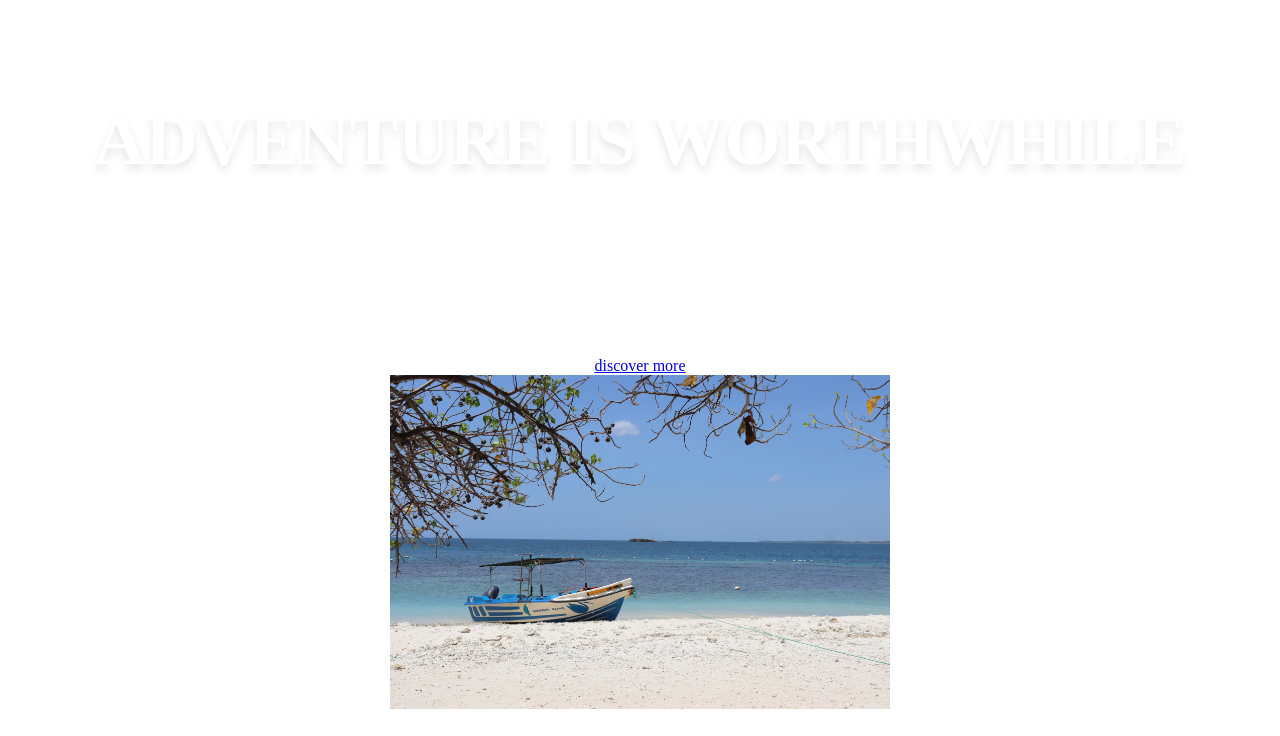
Repository: KasunInd27/Ceylon-Journey
Page: Home/home.html
An editor plug-in stored every save of this project. The page is shown before and after the next save, followed by the edit.
The browser window is 1280 px wide. The pictures show the whole page.

Above is the page before, as saved 2024-10-05 13:08:36.
Console error: SyntaxError: Unexpected token '<'

After the next save:
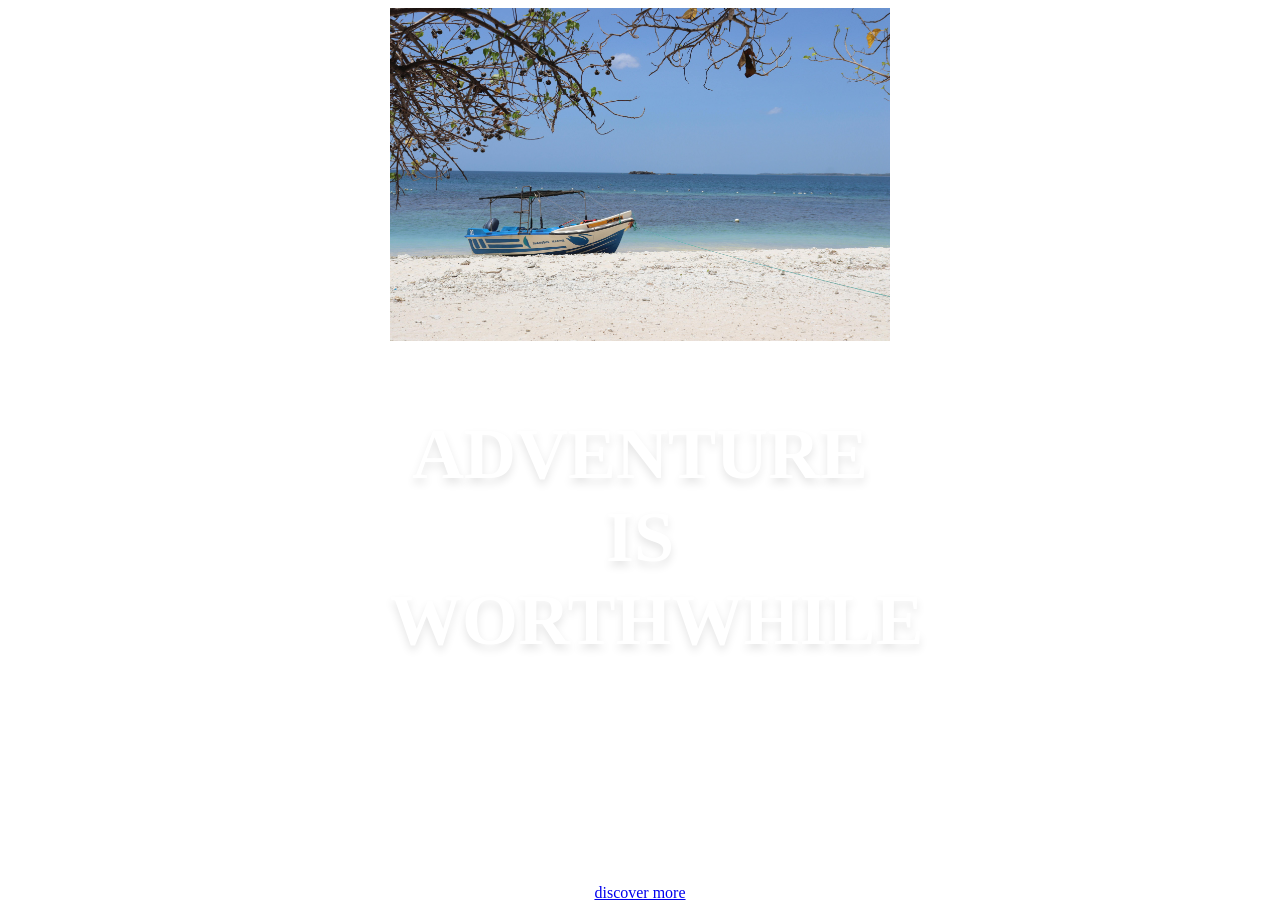
Saved 48 s later.
--- a/Home/home.html
+++ b/Home/home.html
@@ -16,11 +16,7 @@
 </head>
 <body>
     <section class="home" id="home">
-        <div class="content">
-            <h3>adventure is worthwhile</h3>
-            <p>discover new places with us,adventure awaits</p>
-            <a href="#" class="btn">discover more</a>
-        </div>
+
 
         <div class="slide" style="max-width:500px">
             <img class="homeSlides" src="../image/train.jpg" style="width:100%">
@@ -28,6 +24,12 @@
             <img class="homeSlides" src="../image/boat.jpg" style="width:100%">
             <img class="homeSlides" src="../image/fish.jpg" style="width:100%">
             <img class="homeSlides" src="../image/arc.jpg" style="width:100%">
+
+            <div class="content">
+            <h3>adventure is worthwhile</h3>
+            <p>discover new places with us,adventure awaits</p>
+            <a href="#" class="btn">discover more</a>
+        </div>
         </div>
     </section>
 

After the save that followed:
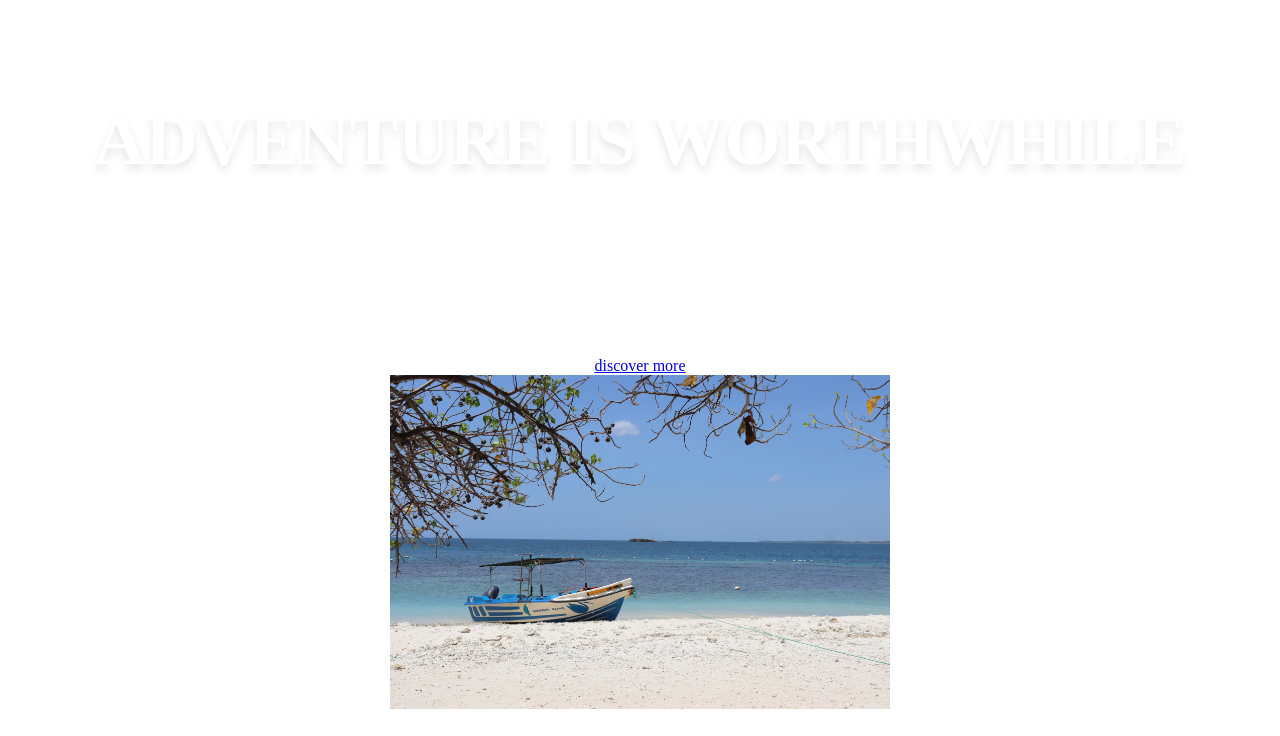
Saved 86 s later.
--- a/Home/home.html
+++ b/Home/home.html
@@ -16,7 +16,11 @@
 </head>
 <body>
     <section class="home" id="home">
-
+        <div class="content">
+            <h3>adventure is worthwhile</h3>
+            <p>discover new places with us,adventure awaits</p>
+            <a href="#" class="btn">discover more</a>
+        </div>
 
         <div class="slide" style="max-width:500px">
             <img class="homeSlides" src="../image/train.jpg" style="width:100%">
@@ -25,11 +29,7 @@
             <img class="homeSlides" src="../image/fish.jpg" style="width:100%">
             <img class="homeSlides" src="../image/arc.jpg" style="width:100%">
 
-            <div class="content">
-            <h3>adventure is worthwhile</h3>
-            <p>discover new places with us,adventure awaits</p>
-            <a href="#" class="btn">discover more</a>
-        </div>
+
         </div>
     </section>
 
